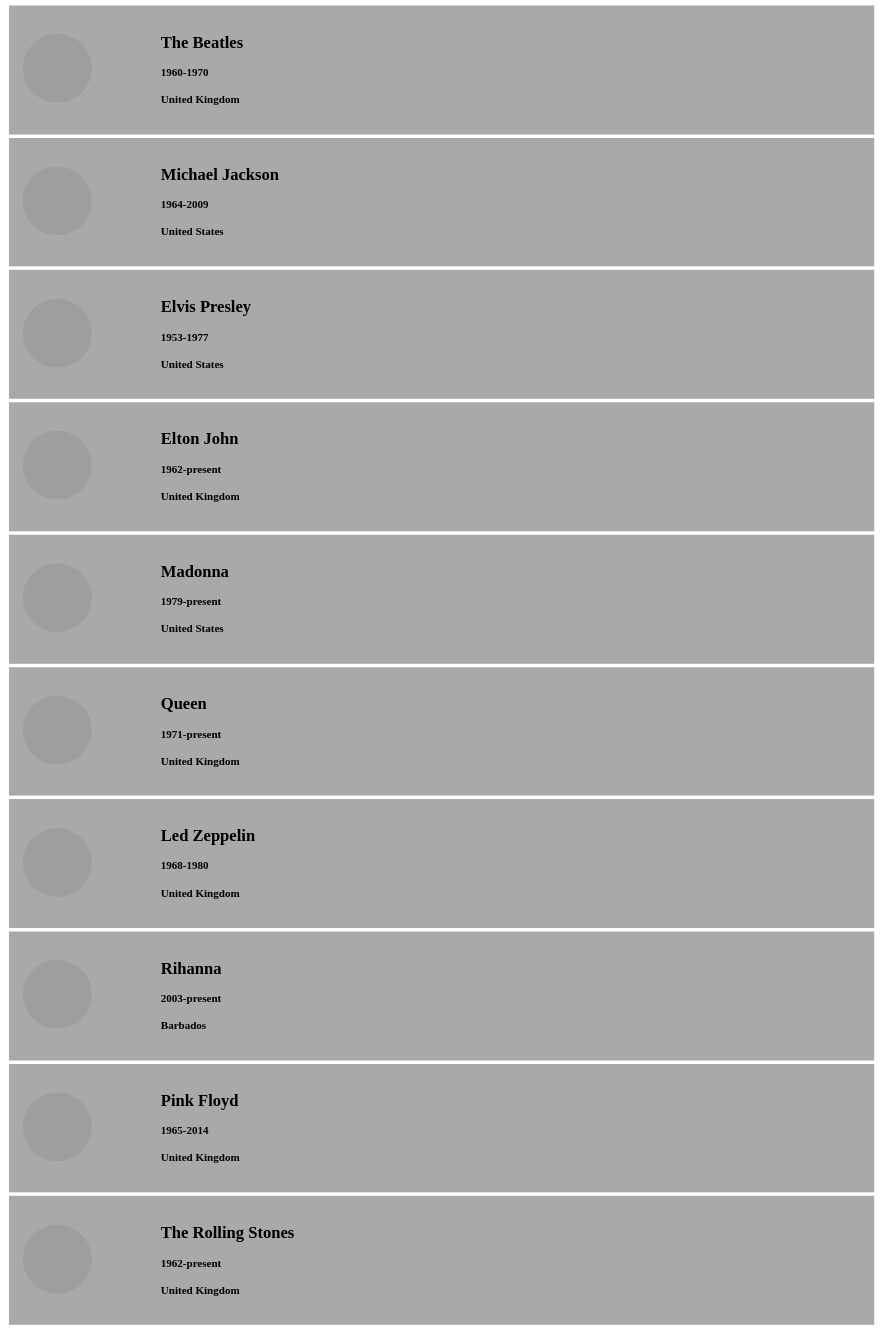
Repository: MelissaJacobi/Frontend-lab-2
Page: /
An editor plug-in stored every save of this project. The page is shown before and after the next save, followed by the edit.
The browser window is 1280 px wide. The pictures show the whole page, at 69% of full size.
Pictures or frames that could not be fetched are drawn as grey boxes. The project was rebuilt for these pictures with package versions that can differ from the ones it lists, and the page was loaded fresh each time. Also part of the build but not shown: vite.config.js.

Above is the page before, as saved 2024-09-19 14:02:40.

### src/App.jsx
import { artists } from './best-selling-music-artists';
import ArtistDetails from './components/ArtistDetails';

function App() {

  const artistStats = artists.map(artist => <ArtistDetails key={artist.name} artistName={artist.name} artistURL={artist.photo_url} artistActive={artist.years_active} artistCountry={artist.country}/>)

  return (
    <div className="app">

        {/* {artists.map((artist) => (
          <div className="artist_li">
            <div key={artist.name} className="artist">
              <img src={artist.photo_url} alt={artist.name} className="photo" />
              <h2>{artist.name}</h2>
              <div>
                <ArtistDetails />
              </div>
            </div>
          </div>
        ))} */}

      {artistStats}
    </div>
  );
}

export default App;

### src/index.css
.artist {

}

.photo {
    width: 100px;
    height: 100px;
    object-fit: cover;
    border-radius: 50%;
}

.artist_li {
    background-color: rgb(169, 169, 169);
    margin: 5px;
    padding: 20px;
    display: flex;
    align-items: center;
}

.artist_li div {
    width: 200px;
}

### src/best-selling-music-artists.js
export const artists = [
    {
        name: 'The Beatles',
        photo_url: "https://upload.wikimedia.org/wikipedia/commons/9/9f/Beatles_ad_1965_just_the_beatles_crop.jpg",
        country: "United Kingdom",
        years_active: "1960-1970",
    },
    {
        name: 'Michael Jackson',
        photo_url: "https://upload.wikimedia.org/wikipedia/commons/8/83/Michael_Jackson_Dangerous_World_Tour_1993_cropped.png",
        country: "United States",
        years_active: "1964-2009",
    },
    {
        name: 'Elvis Presley',
        photo_url: "https://upload.wikimedia.org/wikipedia/commons/1/16/Elvis_Presley_1973_RCA_Records_and_Tapes_publicity_2_-_cropped.png",
        country: "United States",
        years_active: "1953-1977",
    },
    {
        name: 'Elton John',
        photo_url: "https://upload.wikimedia.org/wikipedia/commons/7/74/Elton_John_1980.png",
        country: "United Kingdom",
        years_active: "1962-present",
    },
    {
        name: 'Madonna',
        photo_url: "https://upload.wikimedia.org/wikipedia/commons/4/47/Madonna_II_A_1_%28cropped%29.jpg",
        country: "United States",
        years_active: "1979-present",
    },
    {
        name: 'Queen',
        photo_url: "https://upload.wikimedia.org/wikipedia/commons/a/ac/FreddieMercuryNov1977.jpg",
        country: "United Kingdom",
        years_active: "1971-present",
    },
    {
        name: 'Led Zeppelin',
        photo_url: "https://upload.wikimedia.org/wikipedia/commons/c/cc/Robert_Plant_at_the_Palace_Theatre%2C_Manchester.jpg",
        country: "United Kingdom",
        years_active: "1968-1980",
    },
    {
        name: 'Rihanna',
        photo_url: "https://upload.wikimedia.org/wikipedia/commons/b/b3/Rihanna_concert_in_Washington_DC_%28cropped%29.jpg",
        country: "Barbados",
        years_active: "2003-present",
    },
    {
        name: 'Pink Floyd',
        photo_url: "https://upload.wikimedia.org/wikipedia/commons/f/f2/David_Gilmour_Argentina_2015_%28cropped%29.jpg",
        country: "United Kingdom",
        years_active: "1965-2014",
    },
    {
        name: 'The Rolling Stones',
        photo_url: "https://upload.wikimedia.org/wikipedia/commons/0/06/Keith_Richards%2C_Mick_Jagger_performing_with_Rolling_Stones_at_Prudential_Center_2012-12-13.jpg",
        country: "United Kingdom",
        years_active: "1962-present",
    },
];

### src/components/ArtistDetails.jsx
function ArtistDetails(props) {

    const { artistName, artistURL, artistActive, artistCountry } = props;

  return (
    <div className="app">
        <div className="artist_li">
            <div>
                <img src={artistURL} alt={artistName} className="photo" />
            </div>
            <div>
                <h2>{artistName}</h2>
                <h4>{artistActive}</h4>
                <h4>{artistCountry}</h4>
            </div>
        </div>

    </div>
  );
}

export default ArtistDetails;

Loaded but not shown: index.html (common file); src/main.jsx (common file)

After the next save:
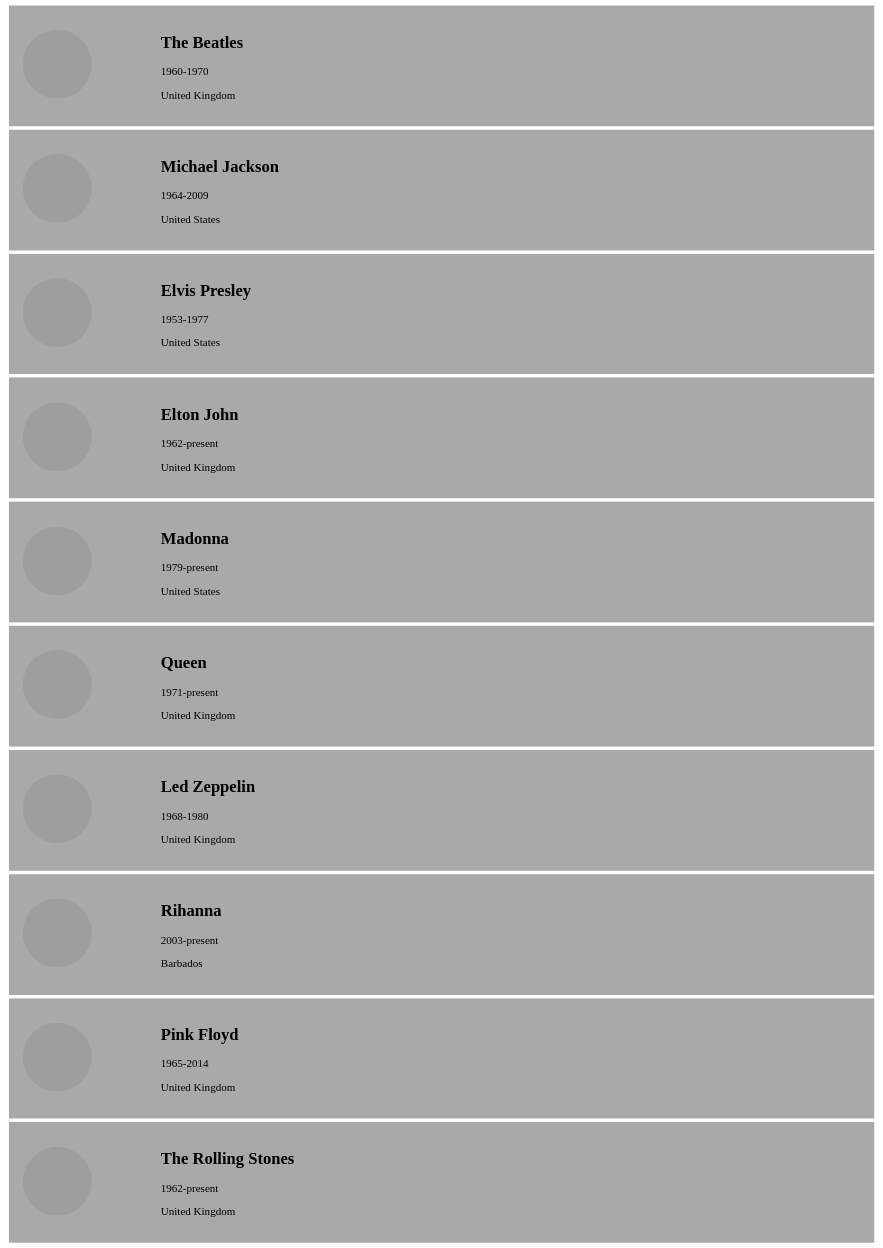
Saved 15 s later.
--- a/src/components/ArtistDetails.jsx
+++ b/src/components/ArtistDetails.jsx
@@ -10,8 +10,8 @@
             </div>
             <div>
                 <h2>{artistName}</h2>
-                <h4>{artistActive}</h4>
-                <h4>{artistCountry}</h4>
+                <p>{artistActive}</p>
+                <p>{artistCountry}</p>
             </div>
         </div>
 
